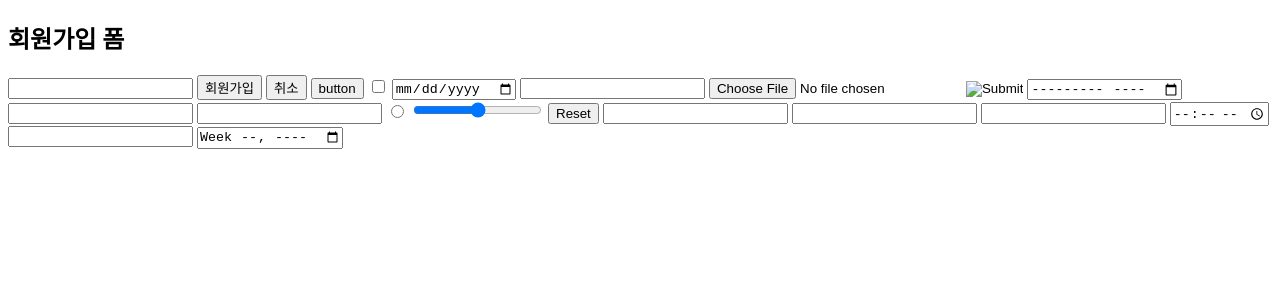
Repository: ssleap/multicampusIoT
Page: workspace190520/edu1/WebContent/member.html
The author's editor kept a copy of each file at every save. The page is drawn from the files as they stood at one save, then again after the next save.
The browser window is 1280 px wide. The pictures show the whole page.

Above is the page before, as saved 2019-05-22 02:39:12.

### workspace190520/edu1/WebContent/member.html
<!DOCTYPE html>
<html>
<head>
<meta charset="UTF-8">
<meta name = "viewport" content ="width=device-width, initial-scale=1">
<title>회원가입 폼</title>
</head>
<body>

	<h2>회원가입 폼</h2>

	<form action="" method = "post">

		<input type = "text" name = "" value = "">
		<input type = "submit" value = "회원가입">
		<input type = "reset" value = "취소">
		<input type = "button" value = "button">
		<input type = "checkbox">
		<input type = "date">
		<input type = "email">
		<input type = "file">
		<input type = "hidden">
		<input type = "image">
		<input type = "month">
		<input type = "number">
		<input type = "password">
		<input type = "radio">
		<input type = "range">
		<input type = "reset">
		<input type = "search">
		<input type = "tel">
		<input type = "text">
		<input type = "time">
		<input type = "url">
		<input type = "week">

	</form>

</body>
</html>

After the next save:
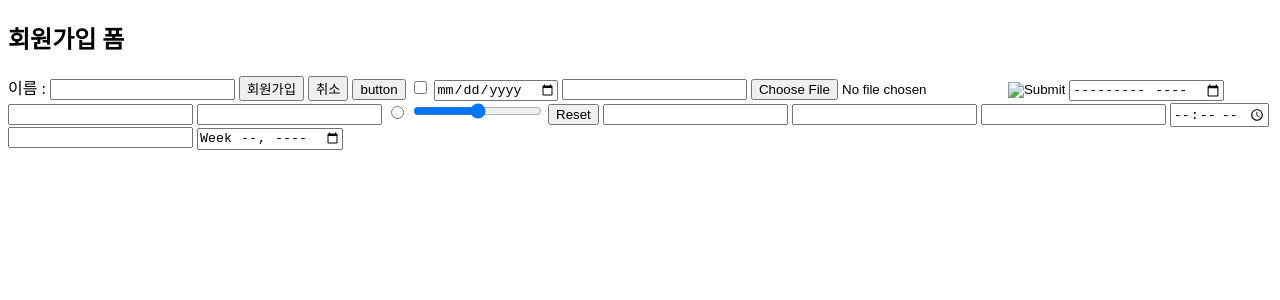
Saved 4 min 21 s later.
--- a/workspace190520/edu1/WebContent/member.html
+++ b/workspace190520/edu1/WebContent/member.html
@@ -11,7 +11,7 @@
 
 	<form action="" method = "post">
 
-		<input type = "text" name = "" value = "">
+		이름 : <input type = "text" name = "" value = "">
 		<input type = "submit" value = "회원가입">
 		<input type = "reset" value = "취소">
 		<input type = "button" value = "button">
